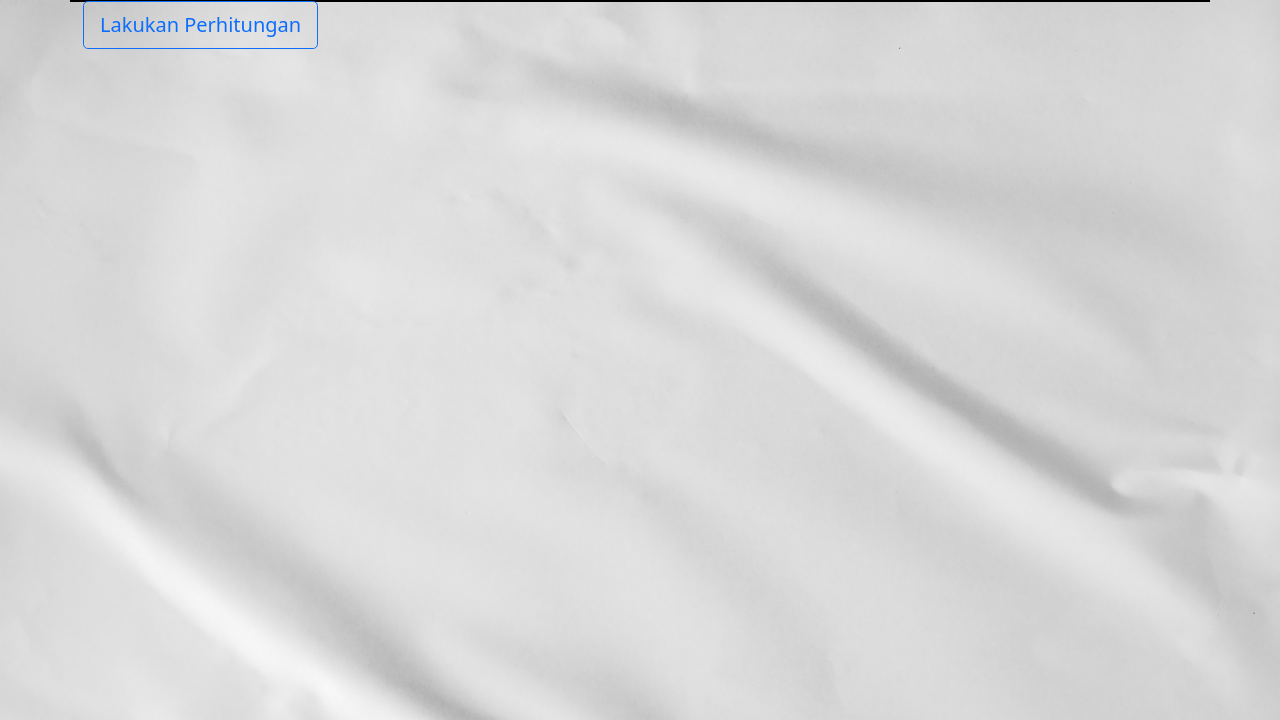
Repository: aqordeon/SPKWP
Page: http://localhost/
The author's editor kept a copy of each file at every save. The page is drawn from the files as they stood at one save, then again after the next save.
The browser window is 1280 px wide. The pictures show the whole page.
The page is run by PHP 8.4 with error messages shown; the project is at /var/www/html/.

Above is the page before, as saved 2021-01-11 01:36:04.

### index.php
<?php
    session_start();
    session_unset();
?>

<!DOCTYPE html>
<html lang="en">
<head>
    <meta charset="UTF-8">
    <meta name="viewport" content="width=device-width, initial-scale=1.0">
    <title>Document</title>

    <link rel="stylesheet" href="css/bootstrap.css" type="text/css" />
    <style>
        body {
            background-image: url("images/whitepaper.jpg");
            background-color: #cccccc;
            background-size: cover;
        }
    </style>
</head>
<body>
    <div class="container" style="border: 1px solid black;">
        <div style="position: absolute; margin: auto; vertical-align: middle;">
            <a href="hitungKriteria.php" class="btn btn-outline-primary btn-lg" >Lakukan Perhitungan</a>
        <div>
    </div>


    <script src="https://cdn.jsdelivr.net/npm/bootstrap@5.0.0-beta1/dist/js/bootstrap.bundle.min.js" integrity="sha384-ygbV9kiqUc6oa4msXn9868pTtWMgiQaeYH7/t7LECLbyPA2x65Kgf80OJFdroafW" crossorigin="anonymous"></script>
</body>
</html>

Loaded but not shown: css/bootstrap.css (library)

After the next save:
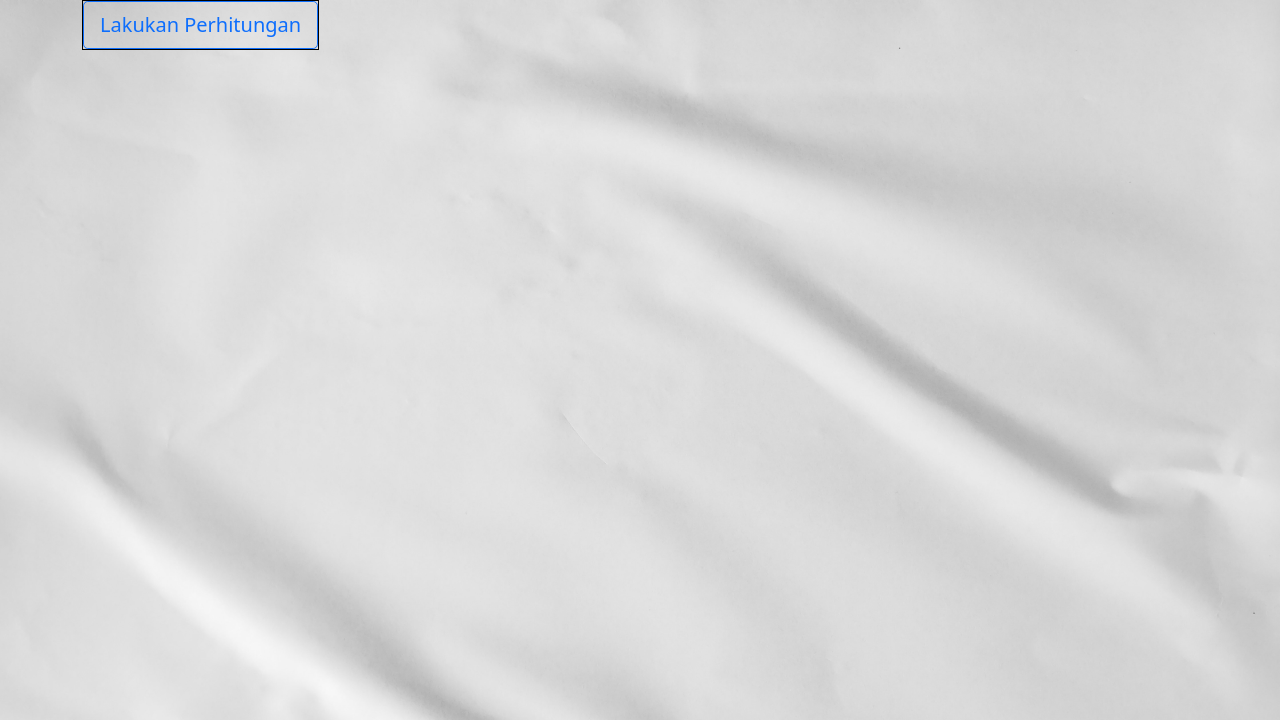
Saved 6 s later.
--- a/index.php
+++ b/index.php
@@ -20,8 +20,8 @@
     </style>
 </head>
 <body>
-    <div class="container" style="border: 1px solid black;">
-        <div style="position: absolute; margin: auto; vertical-align: middle;">
+    <div class="container" style="">
+        <div style="position: absolute; margin: auto; vertical-align: middle;border: 1px solid black;">
             <a href="hitungKriteria.php" class="btn btn-outline-primary btn-lg" >Lakukan Perhitungan</a>
         <div>
     </div>
